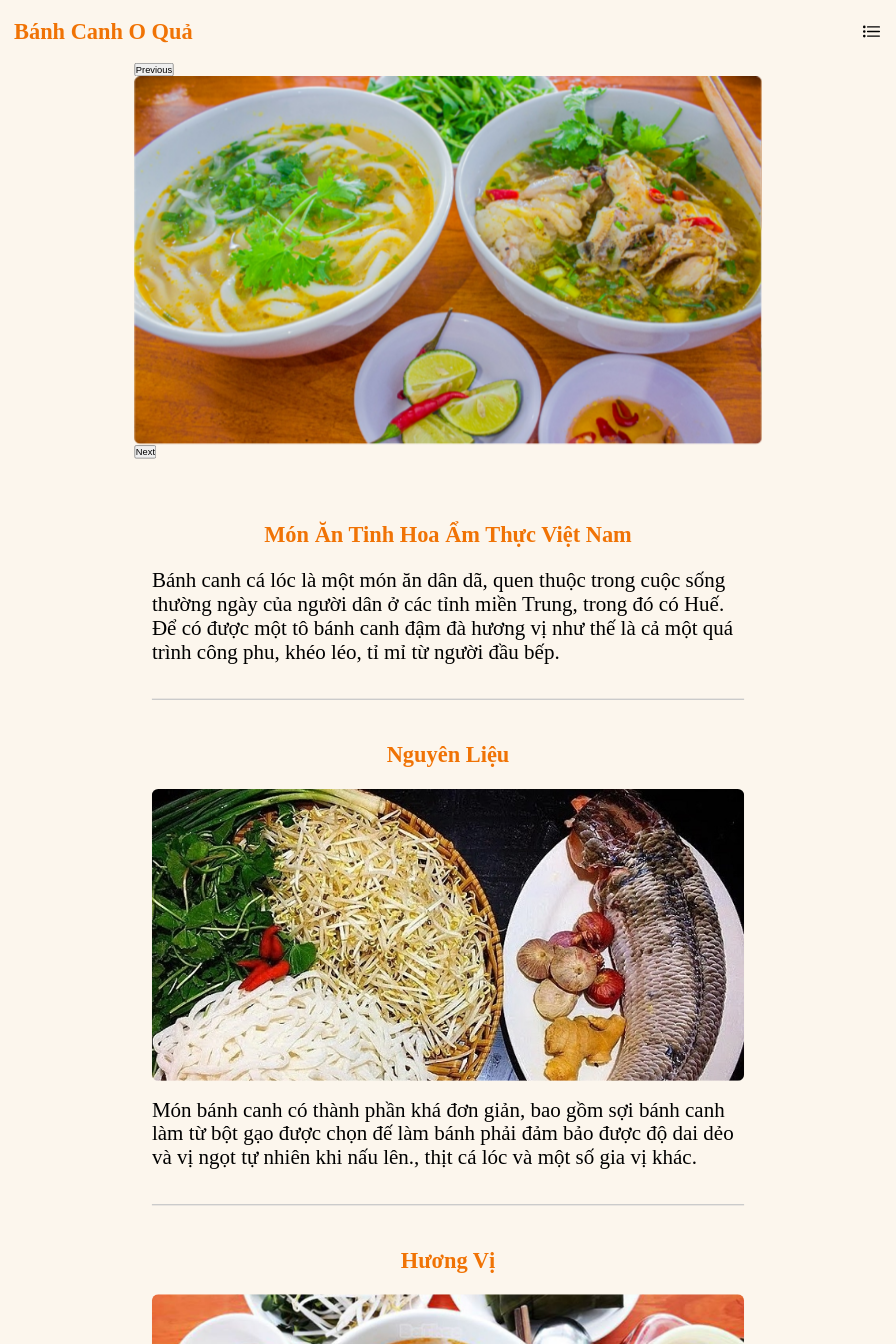
Repository: LeCongTuan2608/AmThuc
Page: index.html
The author's editor kept a copy of each file at every save. The page is drawn from the files as they stood at one save, then again after the next save.
The browser window is 1280 px wide. The pictures show the part of the page from y = 0 to 1920 px (the page is 3492 px tall), at 70% of full size.
Some web fonts or font styles are not loaded; a fallback is used. Some web libraries are served in a nearby version. The style sheet was rebuilt from its Sass, Less or Tailwind sources for each picture, by a compiler version that may differ from the author's.

Above is the page before, as saved 2022-04-15 13:28:56.

After the next save:
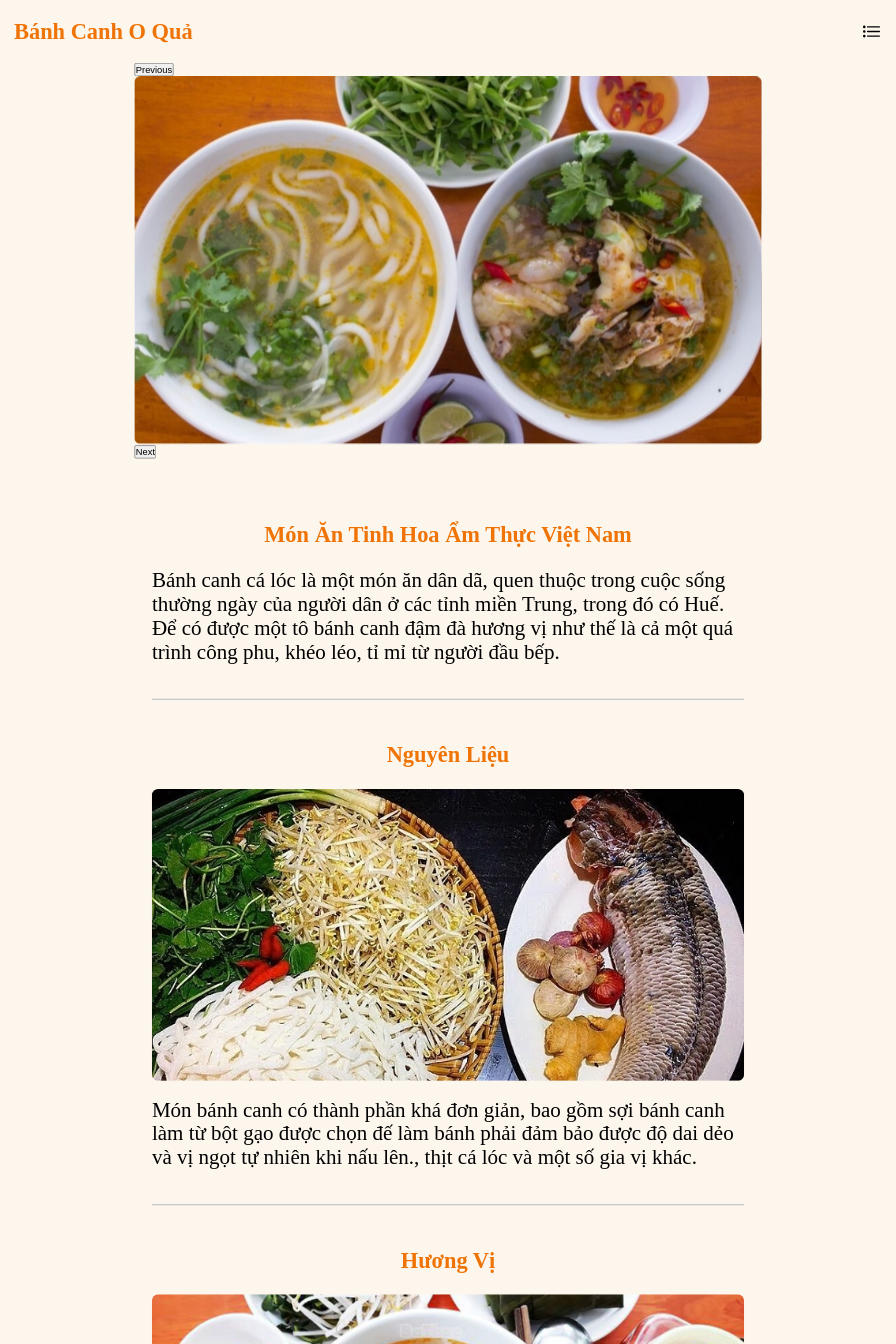
Saved 77 s later.
--- a/Javascript/app.js
+++ b/Javascript/app.js
@@ -1,3 +1,5 @@
 $(document).ready(function () {
-   $('.top').slick({});
+   $('.top').slick({
+      autoplay: true,
+   });
 });
